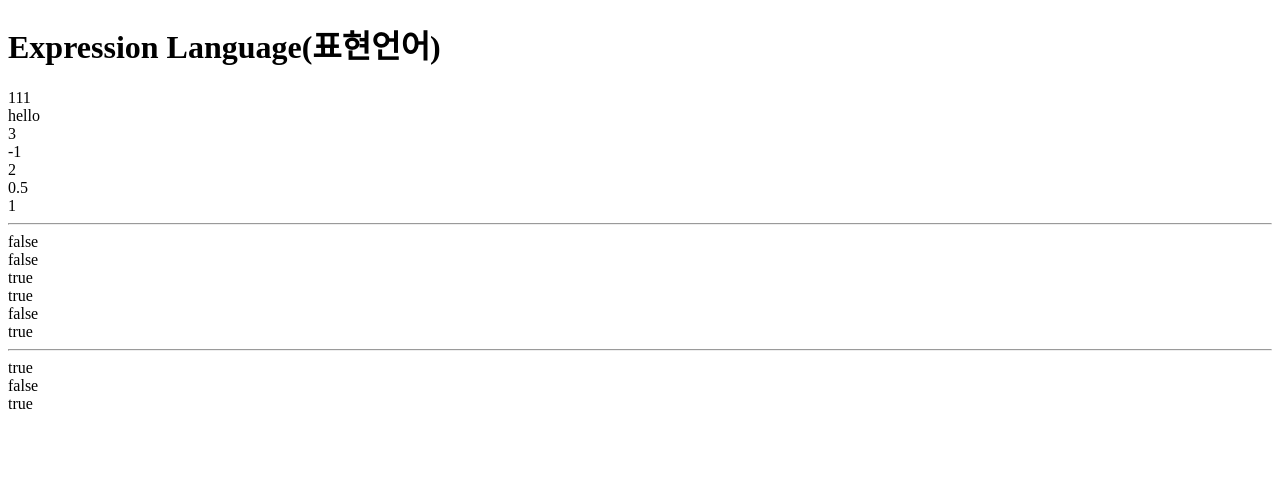
Repository: sanghshlsh/workspace_jsp
Page: http://localhost/Test060202/NewFile.jsp
The author's editor kept a copy of each file at every save. The page is drawn from the files as they stood at one save, then again after the next save.
The browser window is 1280 px wide. The pictures show the whole page.
The page is served by Tomcat 9.

Above is the page before, as saved 2020-06-02 06:09:09.

After the next save:
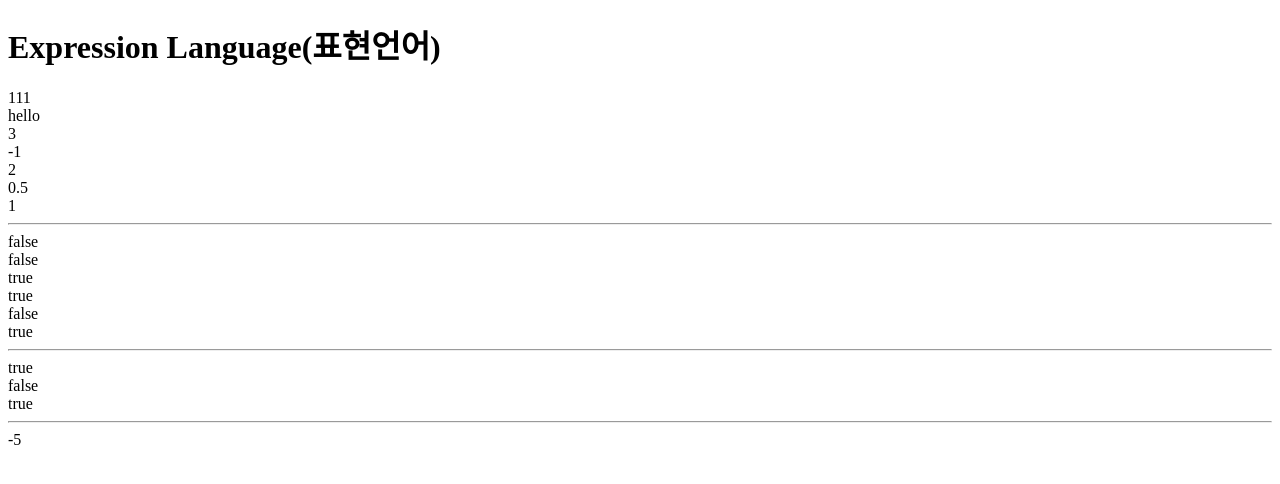
Saved 82 s later.
--- a/Test060202/WebContent/NewFile.jsp
+++ b/Test060202/WebContent/NewFile.jsp
@@ -36,6 +36,8 @@
 	${true&&true }<br>
 	${(3>4)&&(5<6) }<br>
 	${true||false }<br>
+	<hr>
+	${ 3>4?100:-5}
 
 
 </body>
